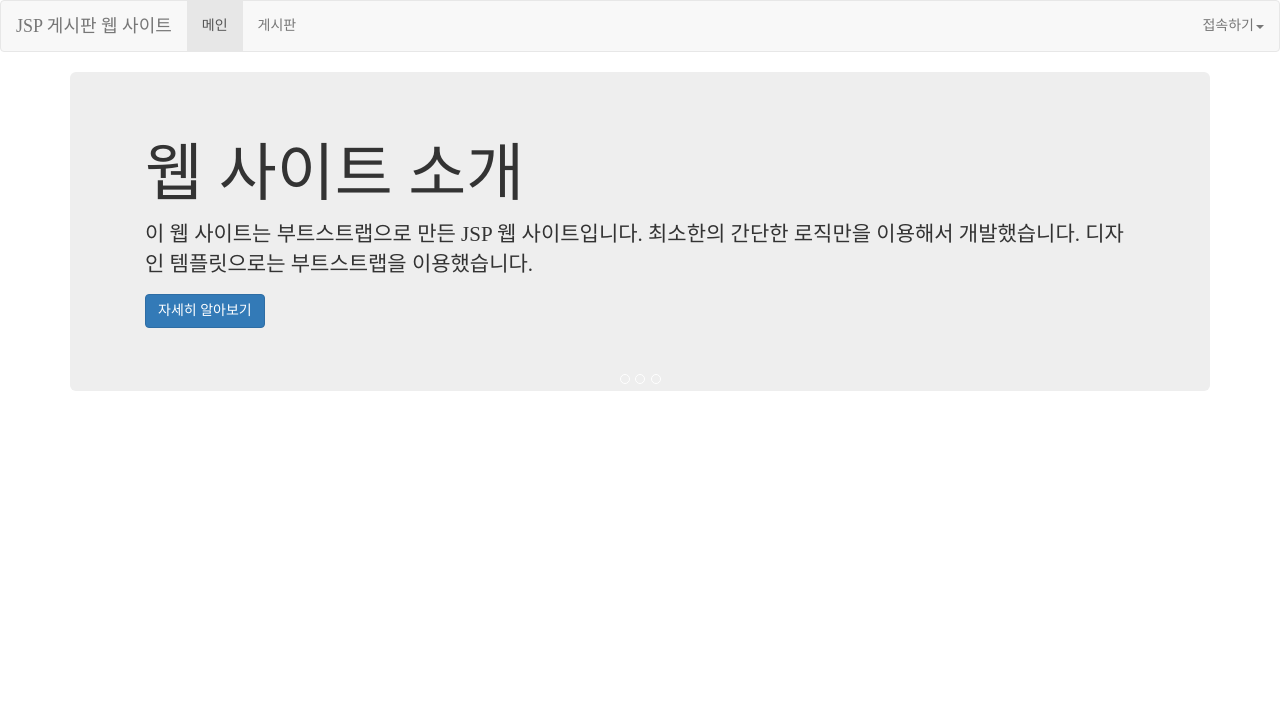
Repository: jsj961/bulletin-board-system
Page: http://localhost/BBS/main.jsp
The author's editor kept a copy of each file at every save. The page is drawn from the files as they stood at one save, then again after the next save.
The browser window is 1280 px wide. The pictures show the whole page.
Some web fonts or font styles are not loaded; a fallback is used. Some web libraries are served in a nearby version. The page is served by Tomcat 9.

Above is the page before, as saved 2021-07-02 08:48:37.

After the next save:
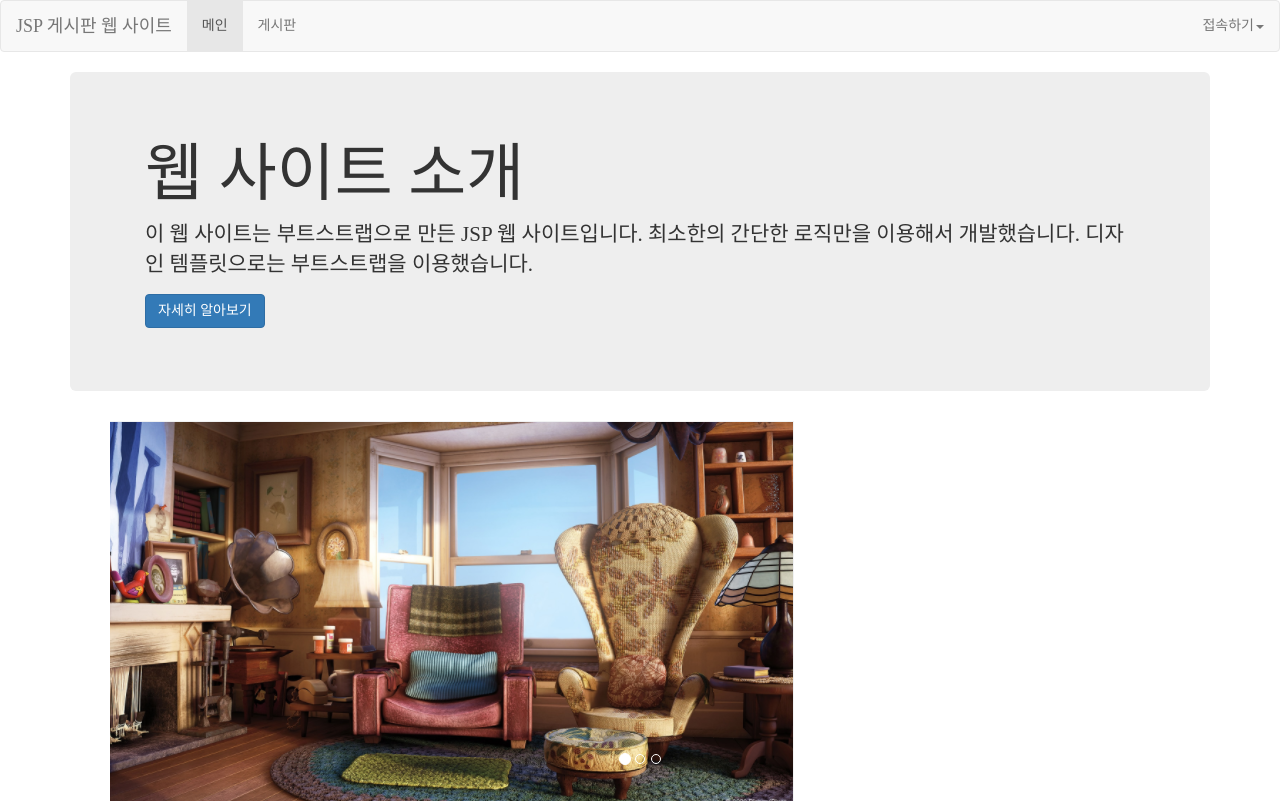
Saved 58 s later.
--- a/BBS/src/main/webapp/main.jsp
+++ b/BBS/src/main/webapp/main.jsp
@@ -81,6 +81,11 @@
 				<li data-target="#myCarousel" data-slide-to="1"></li>
 				<li data-target="#myCarousel" data-slide-to="2"></li>
 			</ol>
+			<ol class="carousel-inner">
+				<div class="item active">
+					<img src="images/1.PNG">
+				</div>
+			</ol>
 		</div>
 	</div>
 	<script src="https://ajax.googleapis.com/ajax/libs/jquery/3.2.1/jquery.min.js"></script>
